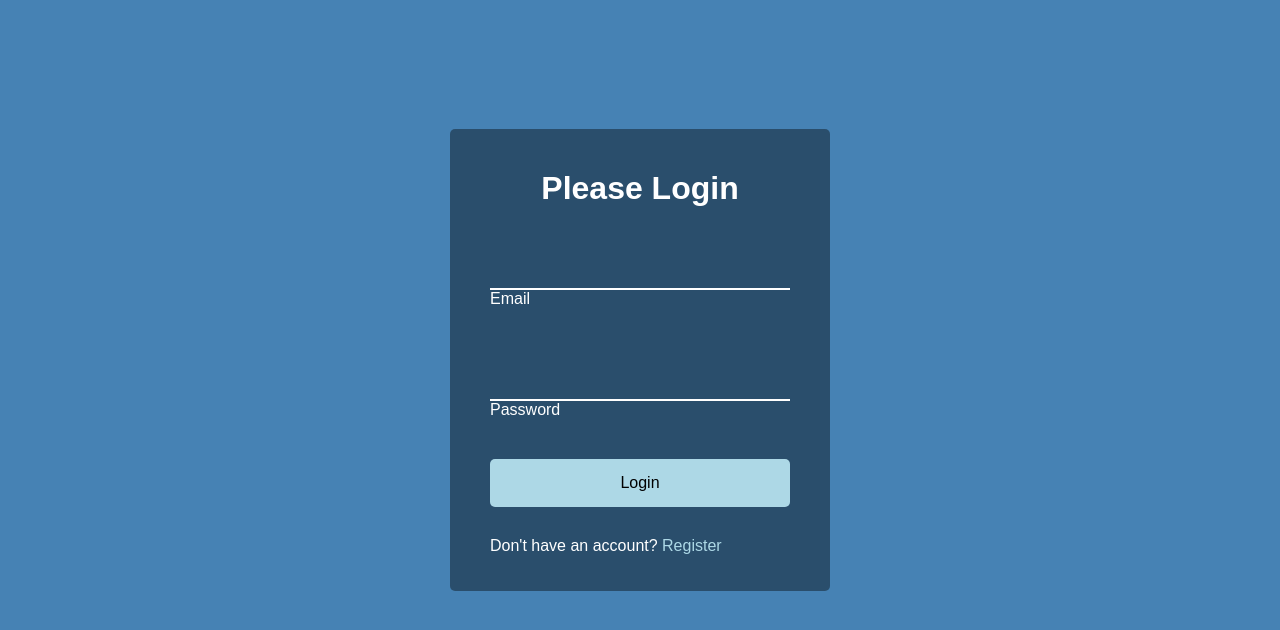
Repository: thecoachanna/form-animation
Page: index.html
The author's editor kept a copy of each file at every save. The page is drawn from the files as they stood at one save, then again after a run of saves.
The browser window is 1280 px wide. The pictures show the whole page.
Some web fonts or font styles are not loaded; a fallback is used.

Above is the page before, as saved 2023-02-26 10:04:26.

After the next 4 saves:
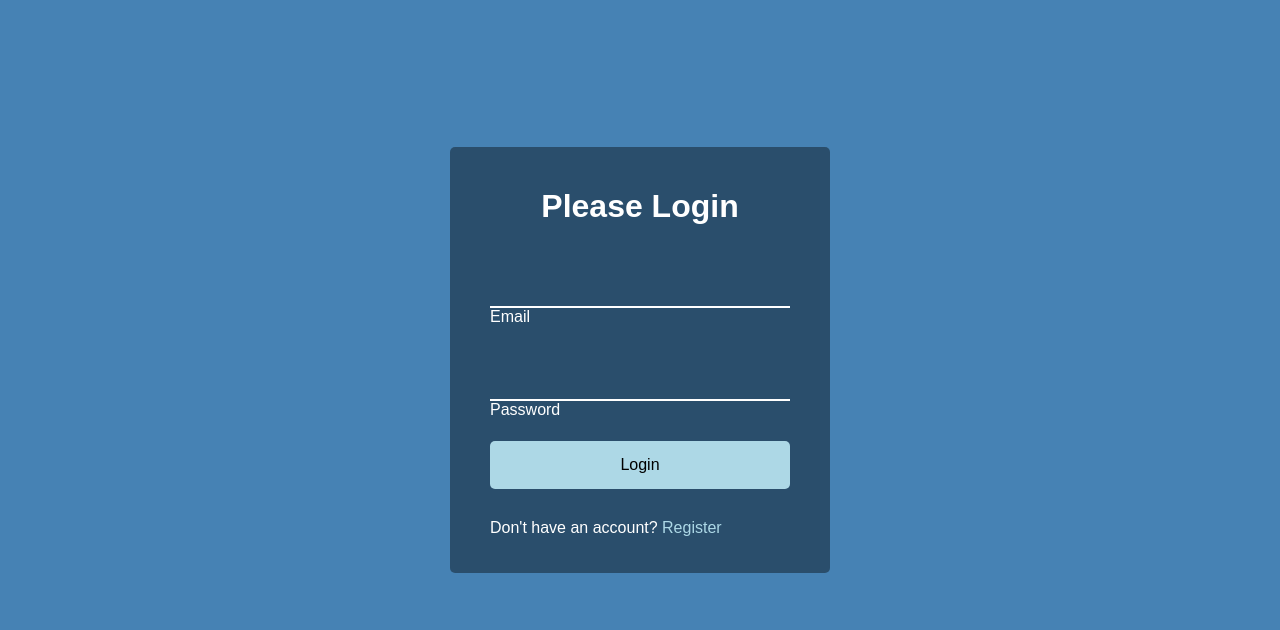
The 4 saves are shown as one change because they came seconds apart.
The last was saved 13 s later.
--- a/style.css
+++ b/style.css
@@ -80,4 +80,7 @@ body {
     outline: 0;
 }
 
-.form-controllabel
+.form-control label {
+    position: absolute;
+
+}
